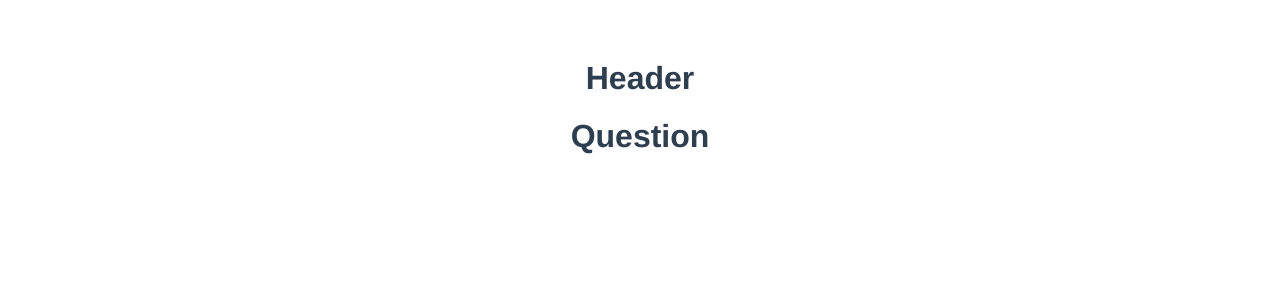
Repository: tokliver/AppVue
Page: /
These files come from the project's save history. The page is drawn as it stood at one moment and after the next save; the edit follows.
The browser window is 1280 px wide. The pictures show the whole page.
The project was rebuilt for these pictures with package versions that can differ from the ones it lists, and the page was loaded fresh each time.

Above is the page before, as saved 2019-04-13 09:10:04.

After the next save:
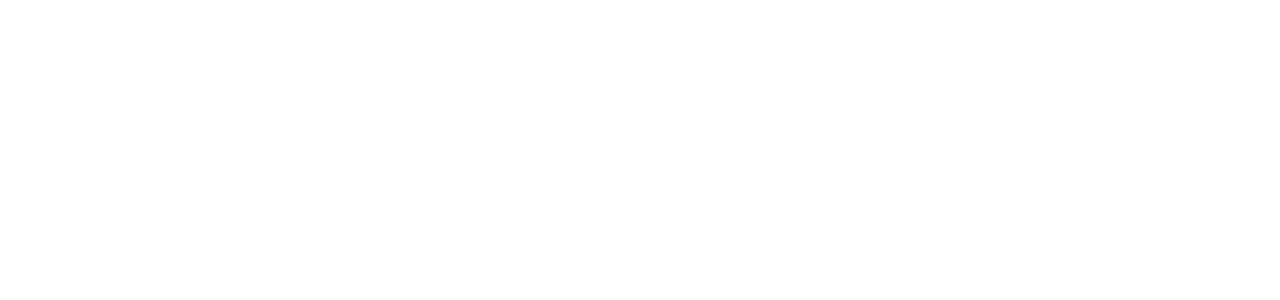
Saved 46 s later.
--- a/src/main.js
+++ b/src/main.js
@@ -1,5 +1,4 @@
 import Vue from 'vue'
-import App from './App.vue'
 
 import BootstrapVue from 'bootstrap-vue'
 

After the save that followed:
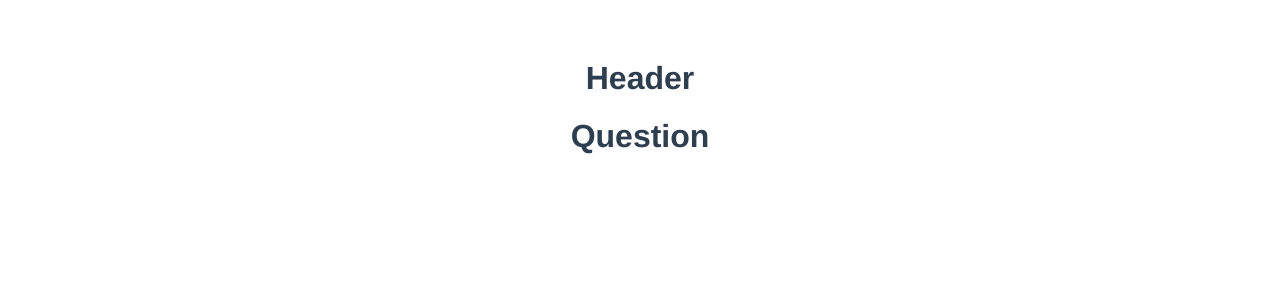
Saved 4 s later.
--- a/src/main.js
+++ b/src/main.js
@@ -1,6 +1,8 @@
 import Vue from 'vue'
 
 import BootstrapVue from 'bootstrap-vue'
+
+import App from './App.vue'
 
 Vue.use(BootstrapVue)
 
